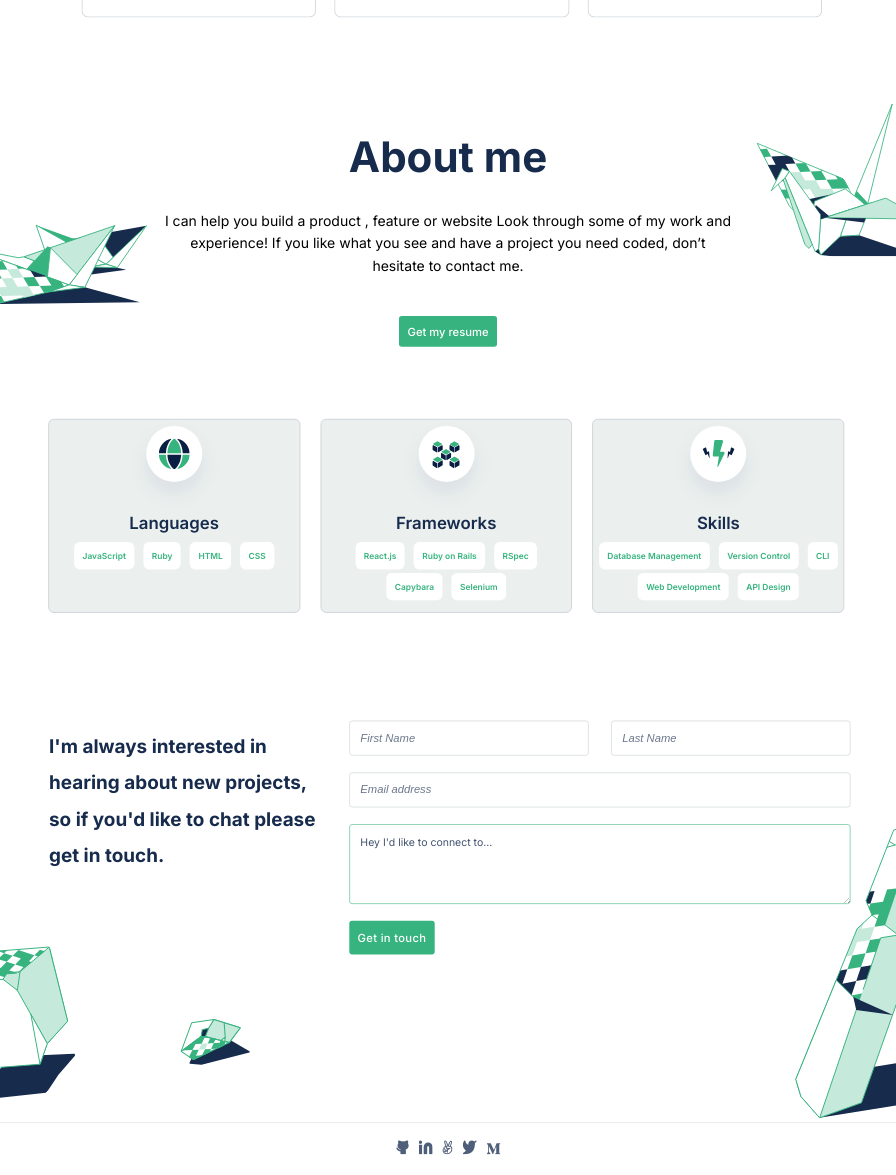
Repository: Salimer/old-Portfolio
Page: index.html
These files come from the project's save history. The page is drawn as it stood at one moment and after the next save; the edit follows.
The browser window is 1280 px wide. The pictures show the part of the page from y = 2218 to 4138 px (the page is 3897 px tall before and 4138 px after), at 70% of full size.

Above is the page before, as saved 2023-04-10 16:55:47.

After the next save:
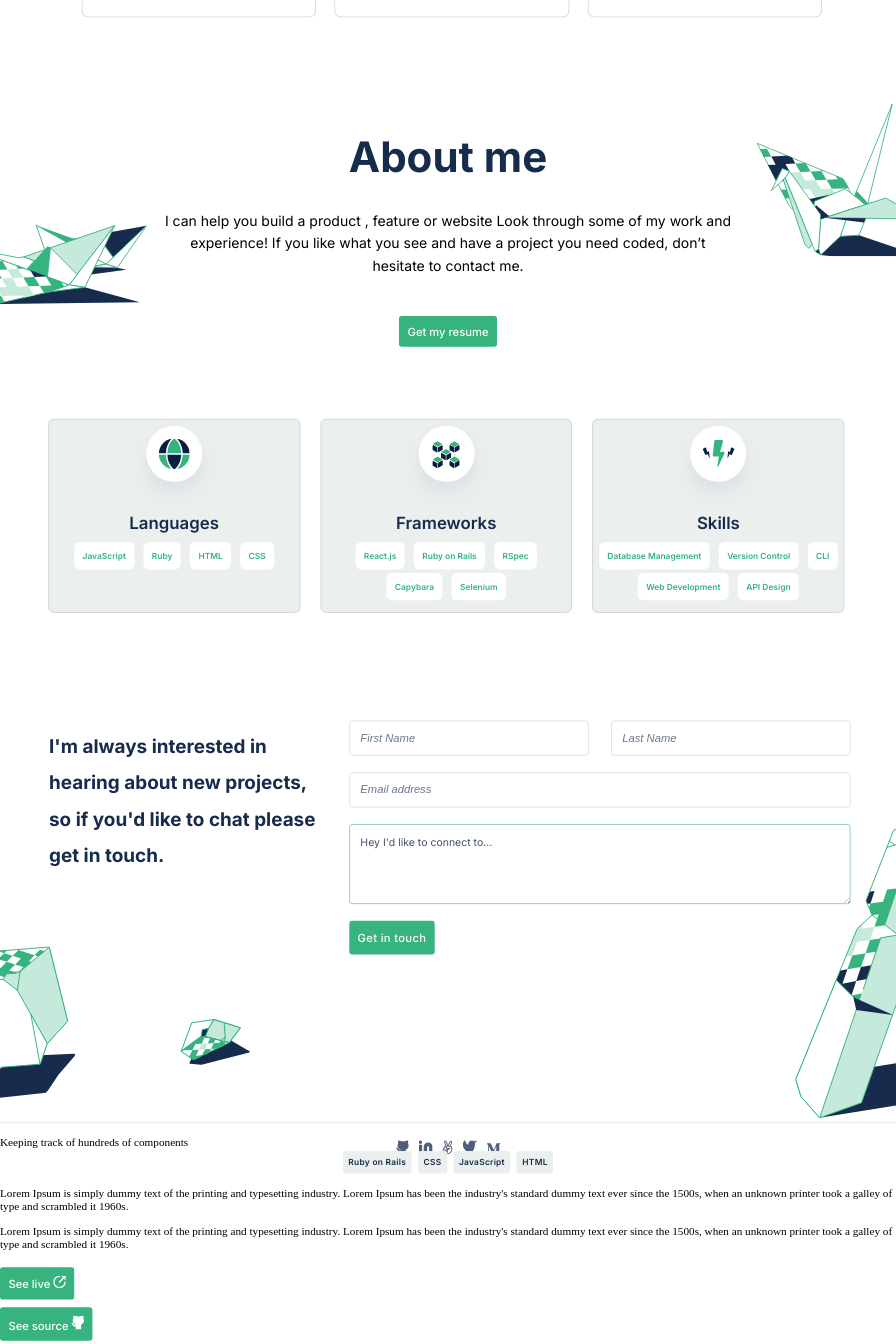
Saved 20 h 40 min later.
--- a/index.html
+++ b/index.html
@@ -302,6 +302,48 @@
         </ul>
         <img id="black-line" src="Assets/blackLine.svg">
     </footer>
+    <div class="detail-popup">
+        <div class="popup-container">
+            <div class="detail-item1">
+                <a href="#"><img id="detail-popus-x" src="Assets/detail-x.svg" alt="close-icon"></a>
+             </div>
+            <div class="detail-item2">
+                <span> Keeping track of hundreds of
+                    components
+                </span>
+            </div>
+            <div class="detail-item3">
+                <ul class="technologies">
+                    <li class="grey-button">Ruby on Rails</li>
+                    <li class="grey-button">CSS</li>
+                    <li class="grey-button">JavaScript</li>
+                    <li class="grey-button">HTML</li>
+                </ul>
+            </div>
+            <div class="detail-item4">
+                <p>
+                    Lorem Ipsum is simply dummy text of the printing and typesetting
+                    industry. Lorem Ipsum has been the industry's standard dummy text ever
+                    since the 1500s, when an unknown printer took a galley of type and
+                    scrambled it 1960s.<br><br>
+                    Lorem Ipsum is simply dummy text of the printing and typesetting
+                    industry. Lorem Ipsum has been the industry's standard dummy text ever
+                    since the 1500s, when an unknown printer took a galley of type and
+                    scrambled it 1960s.
+                </p>
+            </div>
+            <div class="detail-item5">
+                <ul>
+                    <li>
+                        <button class="green-button" type="submit">See live <img src="Assets/seelive.svg" alt="see live icon"></button>
+                    </li>
+                    <li>
+                        <button class="green-button" type="submit">See source <img src="Assets/seesource.svg" alt="see source icon"></button>
+                    </li>
+                </ul>
+            </div>
+        </div>
+    </div>
     <script src="script.js"></script>
 </body>
 </html>
